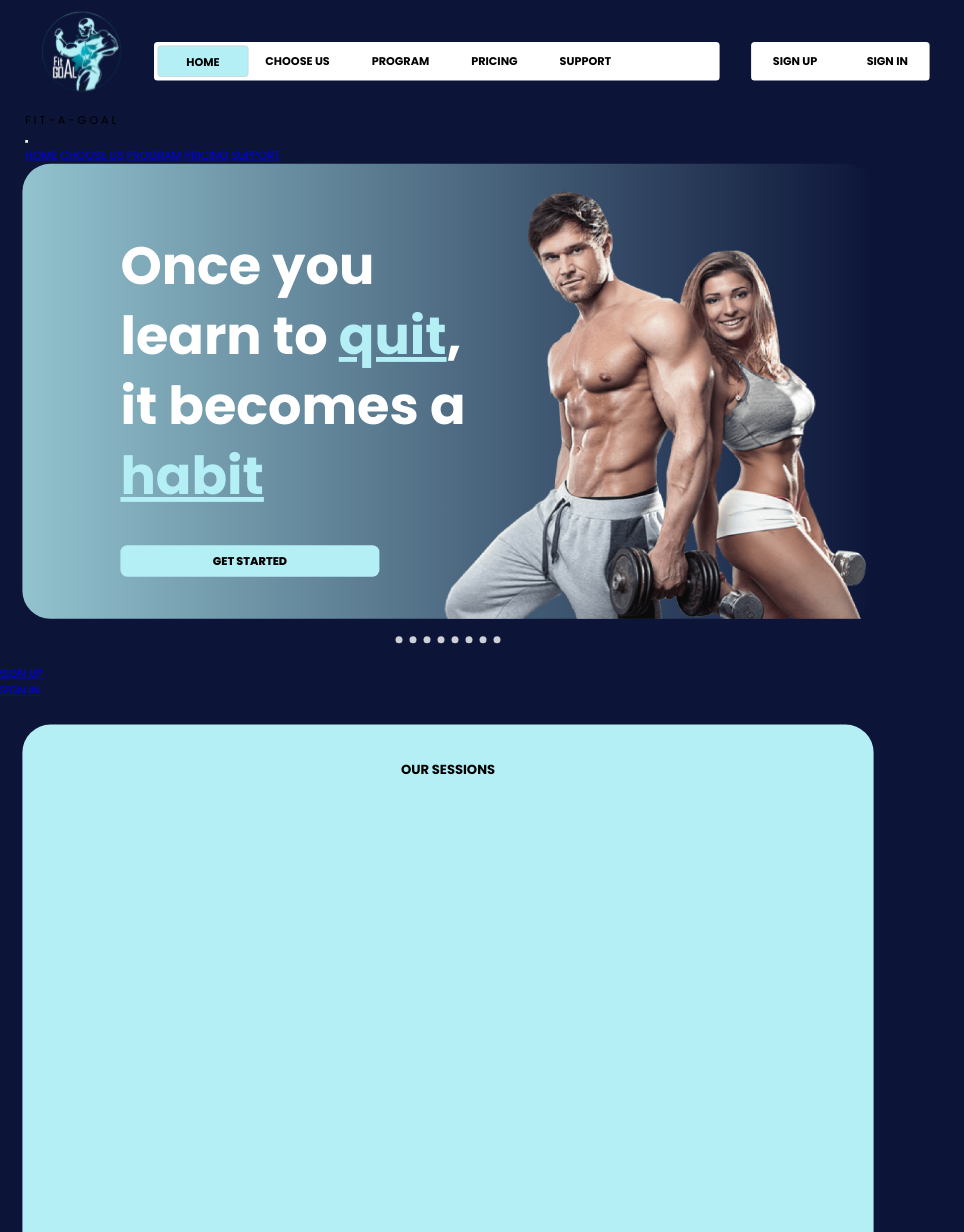
Repository: Rellzcodez/Group1-Team8
Page: index.html
These files come from the project's save history. The page is drawn as it stood at one moment and after the next save; the edit follows.
The browser window is 1280 px wide. The page is 1377 px wide, so the pictures cover 1377 px, including what lies to the right of the window. The pictures show the part of the page from y = 0 to 1760 px (the page is 9517 px tall), at 70% of full size.

Above is the page before, as saved 2022-09-12 10:16:46.

After the next save:
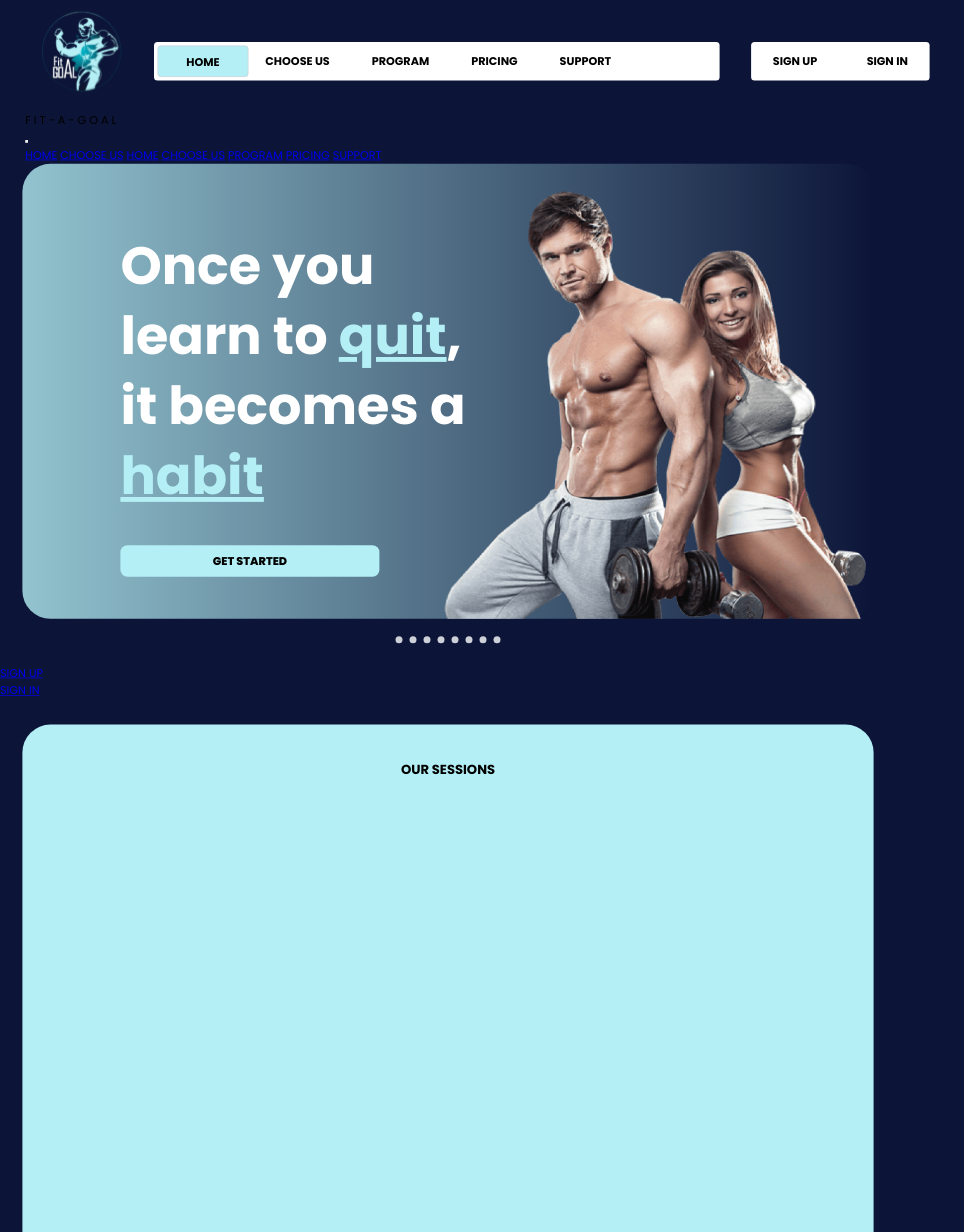
Saved 2 min 44 s later.
--- a/index.html
+++ b/index.html
@@ -40,8 +40,8 @@
                 <div class="hamburger-bar"></div>
             </button>
             <div class="navigation-hamburger">
-                <!-- <a href="index.html">HOME</a>
-                <a href="/pages/choose_us.html" target="_blank" title=>CHOOSE US</a> -->
+                <a href="index.html">HOME</a>
+                <a href="/pages/choose_us.html" target="_blank" title=>CHOOSE US</a>
                 <a href="#">HOME</a>
                 <a href="pages/choose_us.html">CHOOSE US</a>
                 <a href="#" >PROGRAM</a>
